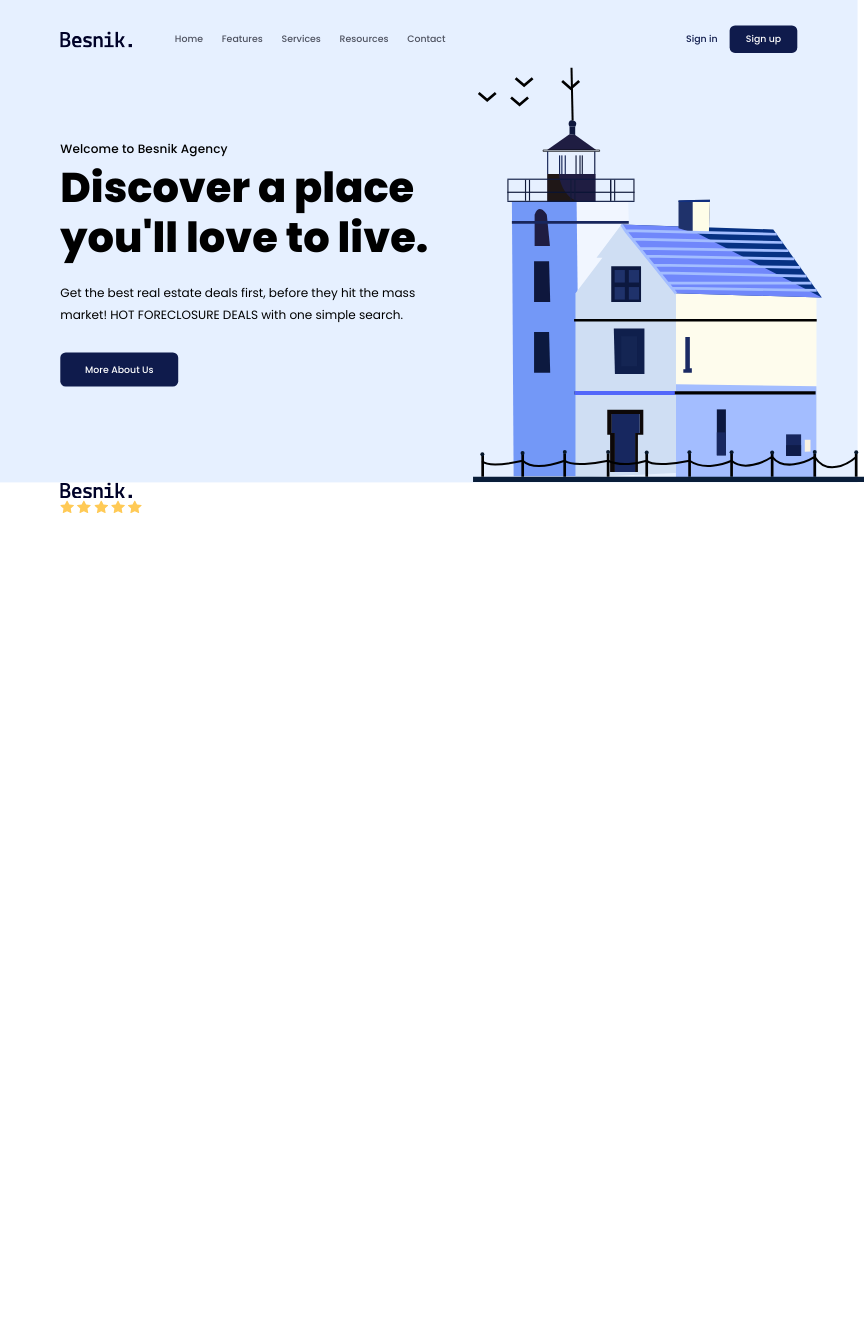
Repository: ducvui2003/f8-project-01
Page: index.html
These files come from the project's save history. The page is drawn as it stood at one moment and after the next save; the edit follows.
The browser window is 1280 px wide. The page is 1290 px wide, so the pictures cover 1290 px, including what lies to the right of the window. The pictures show the whole page, at 67% of full size.

Above is the page before, as saved 2023-06-16 20:01:24.

### index.html
<!DOCTYPE html>
<html lang="en">

<head>
    <meta charset="UTF-8">
    <meta name="viewport" content="width=device-width, initial-scale=1.0">
    <title>f8-procject-01</title>

    <link rel="stylesheet" href="./asset/css/reset.css">
    <link rel="stylesheet" href="./asset/font/stylesheet.css">
    <link rel="stylesheet" href="./asset/css/styles.css">
</head>

<body>
    <main>
        <!-- Header -->
        <header class="header">
            <div class="content">
                <!--  -->
                <nav class="nav">
                    <!-- Logo -->
                    <img src="./asset/img/logo.svg" alt="">

                    <!-- Navigation -->
                    <ul>
                        <li><a href="">Home</a></li>
                        <li><a href="">Features</a></li>
                        <li><a href="">Services</a></li>
                        <li><a href="">Resources</a></li>
                        <li><a href="">Contact</a></li>
                    </ul>

                    <!-- Action -->
                    <div class="actions">
                        <a href="#!" class="action-link">Sign in</a>
                        <a href="#!" class="btn action-btn">Sign up</a>
                    </div>
                </nav>
                <div class="hero">
                    <div class="info">
                        <p class="sub-title">Welcome to Besnik Agency</p>
                        <h1 class="title">Discover a place
                            you'll love to live.</h1>
                        <p class="desc">Get the best real estate deals first,
                            before they hit the mass market! HOT FORECLOSURE DEALS with one simple
                            search.</p>
                        <!-- cta = call to action -->
                        <a href="#!" class="btn hero-cta">More About Us</a>
                    </div>
                    <img src="./asset/img/hero-img.svg" alt="Discover a place
                    you'll love to live." class="hero-img">
                </div>
            </div>
        </header>

        <!-- Clients -->
        <div class="clients">
            <div class="content">
                <div class="row">
                    <img src="./asset/img/logo.svg" alt="" class="logo">
                    <div class="stars">
                        <img src="./asset/img/star.svg" alt="">
                        <img src="./asset/img/star.svg" alt="">
                        <img src="./asset/img/star.svg" alt="">
                        <img src="./asset/img/star.svg" alt="">
                        <img src="./asset/img/star.svg" alt="">
                    </div>
                </div>
            </div>
        </div>
    </main>
</body>

</main>

</html>

### asset/font/stylesheet.css
/* =======Poppins font=========== */
@font-face {
  font-family: "Poppins";
  src: url("Poppins/Poppins-Black.woff2") format("woff2"),
    url("Poppins/Poppins-Black.woff") format("woff");
  font-weight: 900;
  font-style: normal;
  font-display: swap;
}

@font-face {
  font-family: "Poppins";
  src: url("Poppins/Poppins-BlackItalic.woff2") format("woff2"),
    url("Poppins/Poppins-BlackItalic.woff") format("woff");
  font-weight: 900;
  font-style: italic;
  font-display: swap;
}

@font-face {
  font-family: "Poppins";
  src: url("Poppins/Poppins-Bold.woff2") format("woff2"),
    url("Poppins/Poppins-Bold.woff") format("woff");
  font-weight: bold;
  font-style: normal;
  font-display: swap;
}

@font-face {
  font-family: "Poppins";
  src: url("Poppins/Poppins-BoldItalic.woff2") format("woff2"),
    url("Poppins/Poppins-BoldItalic.woff") format("woff");
  font-weight: bold;
  font-style: italic;
  font-display: swap;
}

@font-face {
  font-family: "Poppins";
  src: url("Poppins/Poppins-ExtraBold.woff2") format("woff2"),
    url("Poppins/Poppins-ExtraBold.woff") format("woff");
  font-weight: bold;
  font-style: normal;
  font-display: swap;
}

@font-face {
  font-family: "Poppins";
  src: url("Poppins/Poppins-ExtraBoldItalic.woff2") format("woff2"),
    url("Poppins/Poppins-ExtraBoldItalic.woff") format("woff");
  font-weight: bold;
  font-style: italic;
  font-display: swap;
}

@font-face {
  font-family: "Poppins";
  src: url("Poppins/Poppins-ExtraLight.woff2") format("woff2"),
    url("Poppins/Poppins-ExtraLight.woff") format("woff");
  font-weight: 200;
  font-style: normal;
  font-display: swap;
}

@font-face {
  font-family: "Poppins";
  src: url("Poppins/Poppins-ExtraLightItalic.woff2") format("woff2"),
    url("Poppins/Poppins-ExtraLightItalic.woff") format("woff");
  font-weight: 200;
  font-style: italic;
  font-display: swap;
}

@font-face {
  font-family: "Poppins";
  src: url("Poppins/Poppins-Italic.woff2") format("woff2"),
    url("Poppins/Poppins-Italic.woff") format("woff");
  font-weight: normal;
  font-style: italic;
  font-display: swap;
}

@font-face {
  font-family: "Poppins";
  src: url("Poppins/Poppins-Light.woff2") format("woff2"),
    url("Poppins/Poppins-Light.woff") format("woff");
  font-weight: 300;
  font-style: normal;
  font-display: swap;
}

@font-face {
  font-family: "Poppins";
  src: url("Poppins/Poppins-LightItalic.woff2") format("woff2"),
    url("Poppins/Poppins-LightItalic.woff") format("woff");
  font-weight: 300;
  font-style: italic;
  font-display: swap;
}

@font-face {
  font-family: "Poppins";
  src: url("Poppins/Poppins-Medium.woff2") format("woff2"),
    url("Poppins/Poppins-Medium.woff") format("woff");
  font-weight: 500;
  font-style: normal;
  font-display: swap;
}

@font-face {
  font-family: "Poppins";
  src: url("Poppins/Poppins-MediumItalic.woff2") format("woff2"),
    url("Poppins/Poppins-MediumItalic.woff") format("woff");
  font-weight: 500;
  font-style: italic;
  font-display: swap;
}

@font-face {
  font-family: "Poppins";
  src: url("Poppins/Poppins-SemiBold.woff2") format("woff2"),
    url("Poppins/Poppins-SemiBold.woff") format("woff");
  font-weight: 600;
  font-style: normal;
  font-display: swap;
}

@font-face {
  font-family: "Poppins";
  src: url("Poppins/Poppins-Regular.woff2") format("woff2"),
    url("Poppins/Poppins-Regular.woff") format("woff");
  font-weight: normal;
  font-style: normal;
  font-display: swap;
}

@font-face {
  font-family: "Poppins";
  src: url("Poppins/Poppins-SemiBoldItalic.woff2") format("woff2"),
    url("Poppins/Poppins-SemiBoldItalic.woff") format("woff");
  font-weight: 600;
  font-style: italic;
  font-display: swap;
}

@font-face {
  font-family: "Poppins";
  src: url("Poppins/Poppins-Thin.woff2") format("woff2"),
    url("Poppins/Poppins-Thin.woff") format("woff");
  font-weight: 100;
  font-style: normal;
  font-display: swap;
}

@font-face {
  font-family: "Poppins";
  src: url("Poppins/Poppins-ThinItalic.woff2") format("woff2"),
    url("Poppins/Poppins-ThinItalic.woff") format("woff");
  font-weight: 100;
  font-style: italic;
  font-display: swap;
}

### asset/css/styles.css
* {
  box-sizing: border-box;
}
html {
  font-size: 62.5%;
}
body {
  font-size: 1.6rem;
  font-family: "Poppins";
}
:root {
  --primary-color: #0f1b4c;
}
/* Common */
a {
  text-decoration: none;
}
.content {
  width: 1100px;
  max-width: calc(100% - 48px);
  margin-left: auto;
  margin-right: auto;
}

.btn {
  min-width: 98px;
  background-color: var(--primary-color);
  border-radius: 0.8rem;
  padding: 10px 24px;
  color: white;
  font-style: normal;
  font-weight: 500;
  font-size: 1.4rem;
  line-height: 2.1rem;
  display: inline-block;
}
.btn:hover {
  opacity: 0.9;
}
/* Main */
main {
  height: 2000px;
}
/* Header */
.header {
  height: 100vh;
  background-color: #e6f0ff;
  position: relative;
}

.header .nav {
  display: flex;
  align-items: center;
  padding-top: 38px;
}
.header .nav ul {
  margin-left: 50px;
  margin-right: auto;

  display: flex;
  justify-content: space-between;
}

.header .nav ul a {
  color: #4f5361;
  padding: 8px 14px;
  /* Padding in tag inline block  */
}
.header .nav ul a:hover {
  text-decoration: underline;
}
.header .nav a {
  font-weight: 500;
  font-size: 1.4rem;
  line-height: 2.1rem;
}
.header .nav .actions {
  display: flex;
  justify-content: center;
  align-items: center;
  gap: 1.8rem;
}
.header .nav .action-link {
  color: var(--primary-color);
}
.hero {
  margin-top: 130px;
}
.hero .info {
  width: 51%;
}
.hero .sub-title {
  font-style: normal;
  font-weight: 500;
  font-size: 1.8rem;
  line-height: 1.5;
  letter-spacing: 0.01em;
}

.hero .title {
  font-style: normal;
  font-weight: 700;
  font-size: 6.2rem;
  line-height: 1.19;
  margin-top: 8px;
  margin-bottom: 30px;
}
.hero .desc {
  font-style: normal;
  font-weight: 400;
  font-size: 1.8rem;
  line-height: 1.78;
}
.hero-cta {
  margin-top: 40px;
  padding: 15px 37px;
  min-width: 170px;
}
.hero-img {
  position: absolute;
  right: calc((100vw - 1100px) / 2 - 100px);
  bottom: 0;
}
/* Clients */
.clients {
}
.clients .content {
}

Loaded but not shown: asset/css/reset.css (common file)

After the next save:
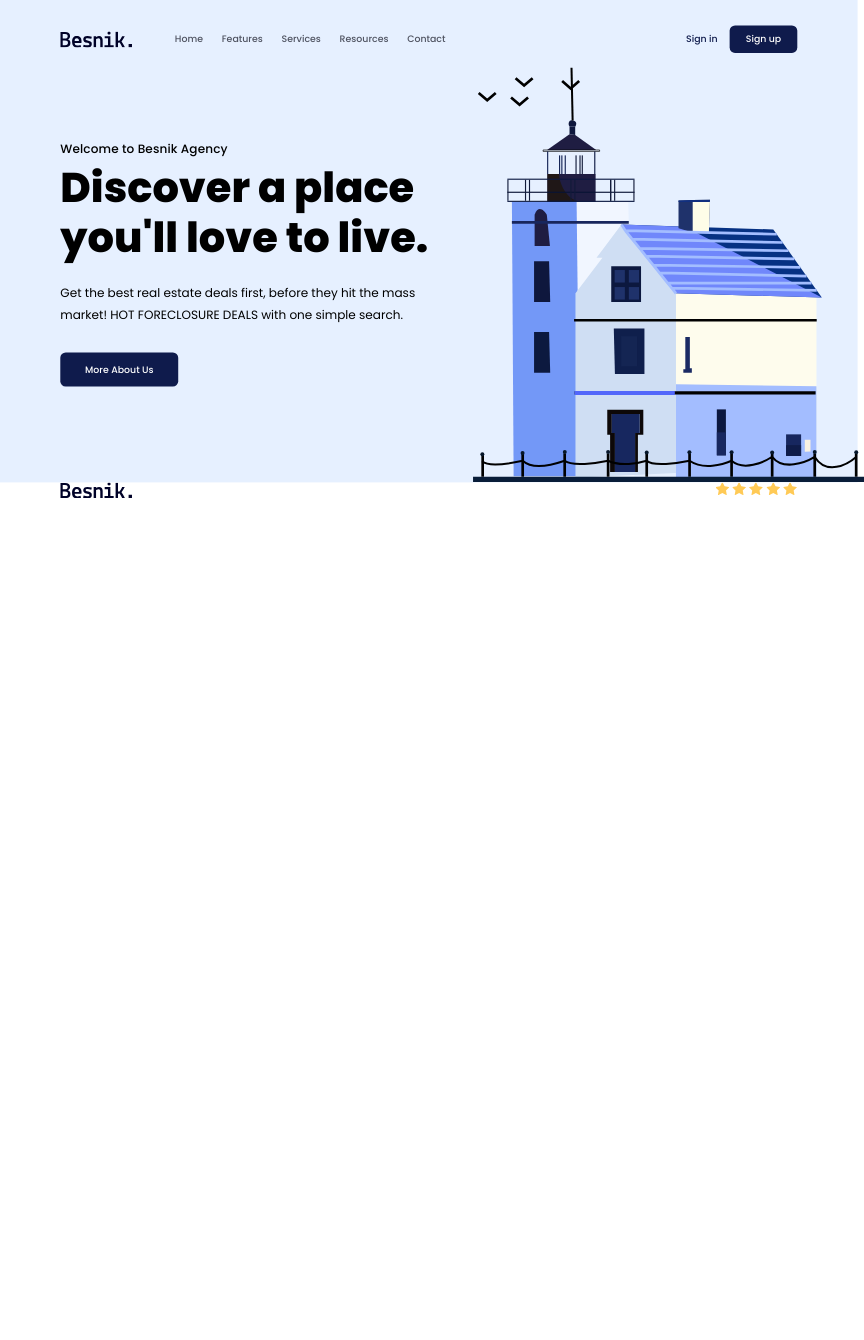
Saved 34 s later.
--- a/asset/css/styles.css
+++ b/asset/css/styles.css
@@ -126,3 +126,7 @@
 }
 .clients .content {
 }
+.clients .row {
+  display: flex;
+  justify-content: space-between;
+}
